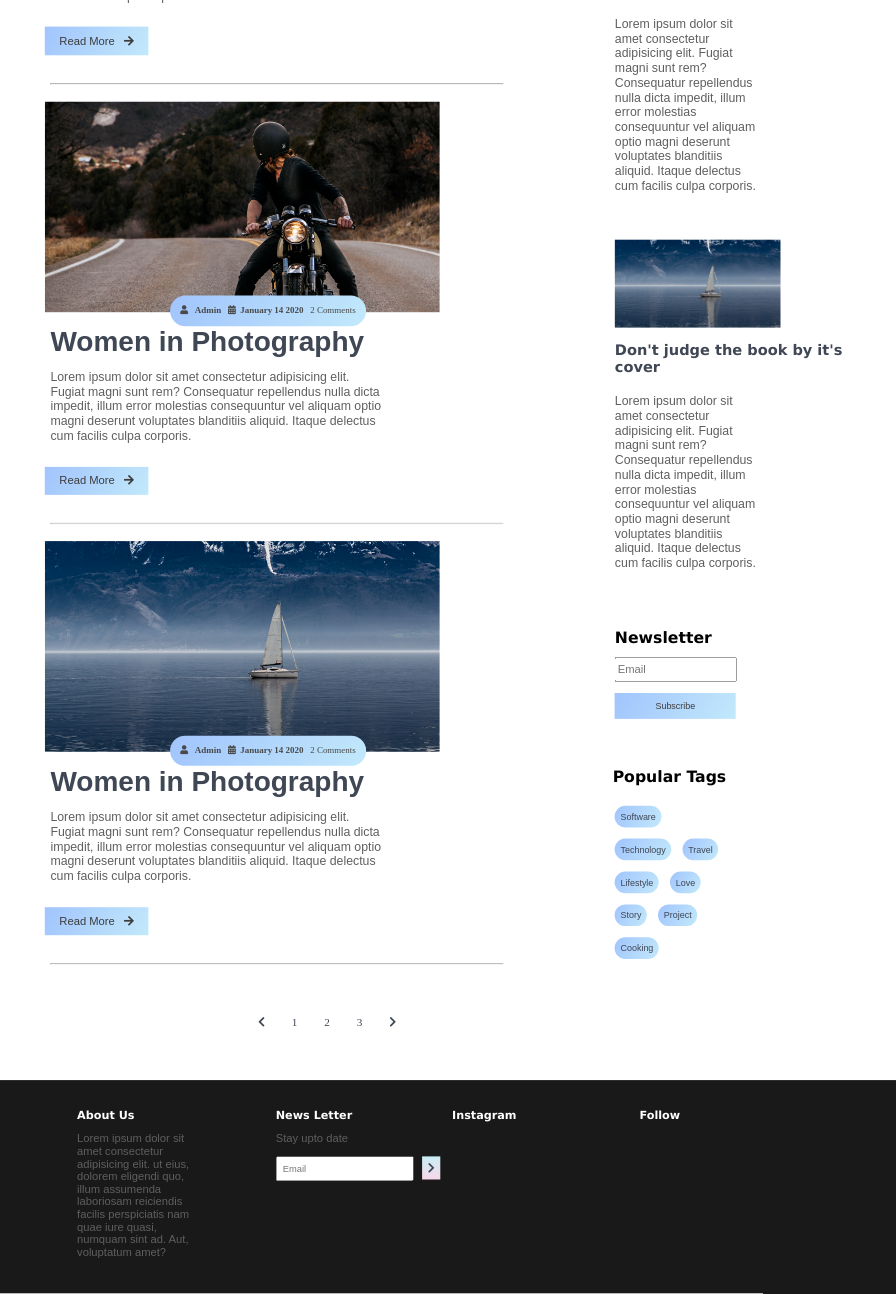
Repository: premjawaharp/Blogsite
Page: index.html
These files come from the project's save history. The page is drawn as it stood at one moment and after a run of saves; the edit follows.
The browser window is 1280 px wide. The pictures show the part of the page from y = 2410 to 4330 px (the page is 4258 px tall before and 4330 px after), at 70% of full size.

Above is the page before, as saved 2020-09-18 15:25:43.

After the next 6 saves:
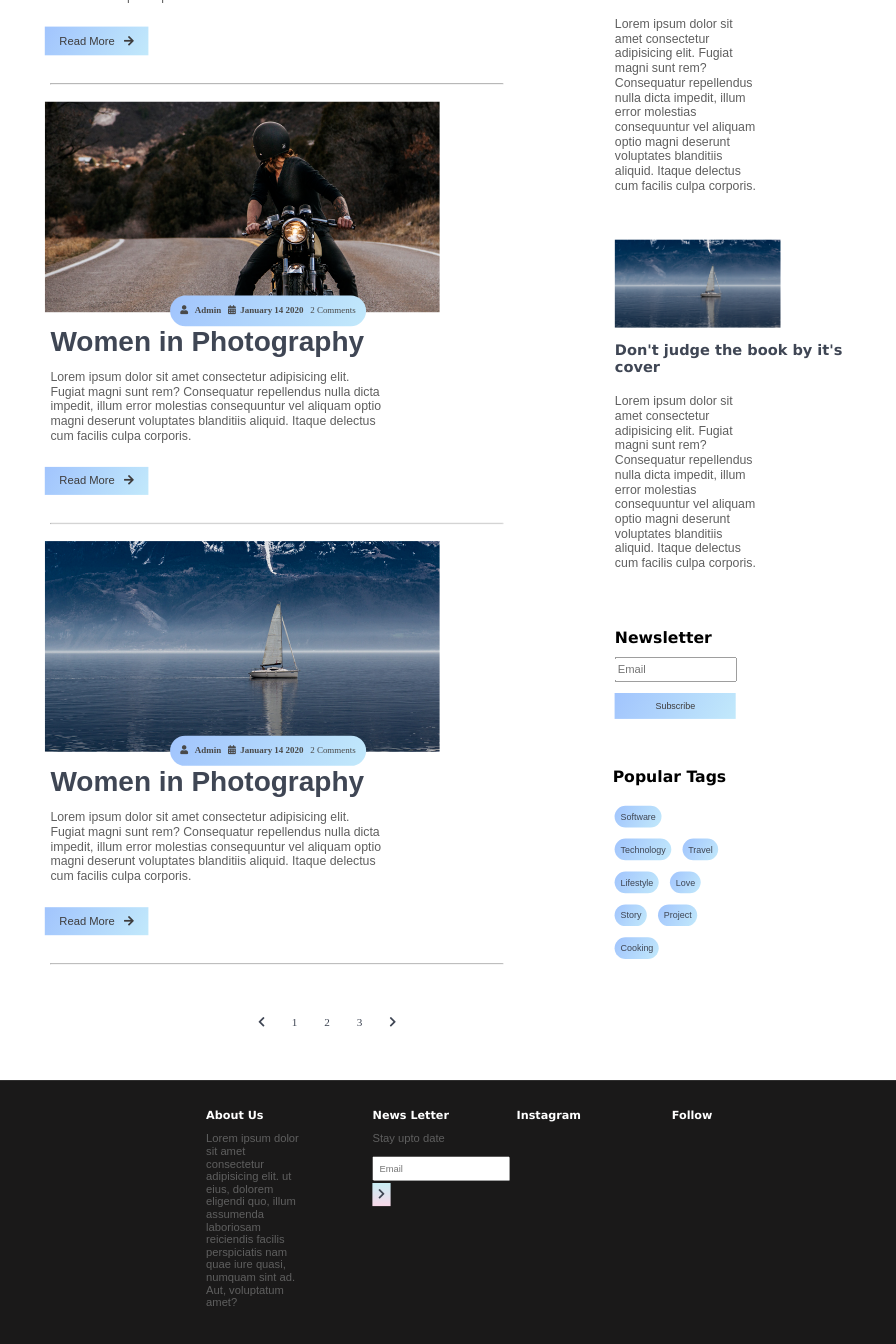
The 6 saves are shown as one change because they came seconds apart.
The last was saved 12 s later.
--- a/css/style.css
+++ b/css/style.css
@@ -484,7 +484,7 @@ main .news-letter .news-form .new-form-btn {
 }
 .footer .pad-pad{
     padding:3%;
-    padding-left: 4%;
+    padding-left:20%;
 }
 .footer .news-inputs span{
     color: var(--text-gray);
